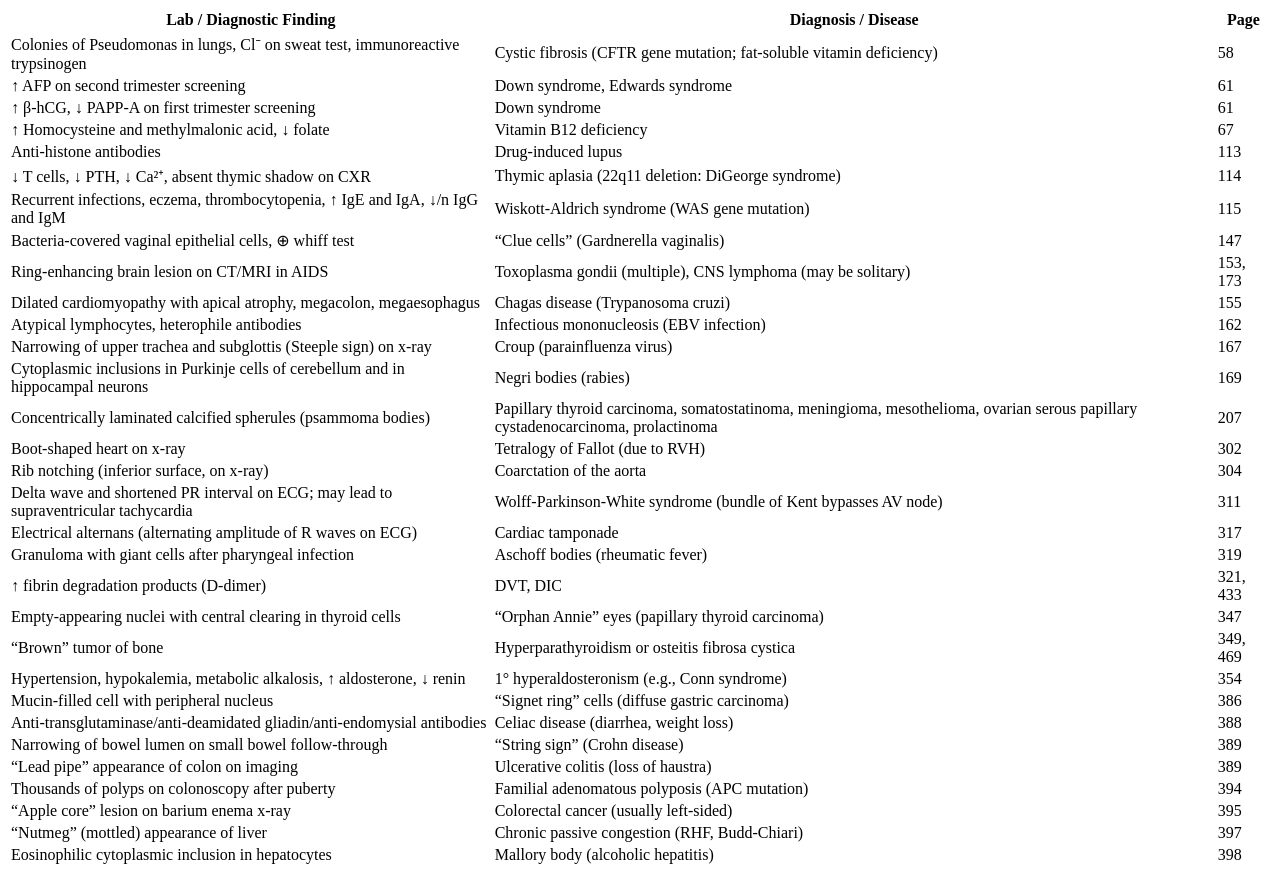
Repository: sharperdragon/STEVEL-1-Summaries
Page: subdex/rapid_findings.table.html
The author's editor kept a copy of each file at every save. The page is drawn from the files as they stood at one save, then again after the next save.
The browser window is 1280 px wide. The pictures show the whole page.

Above is the page before, as saved 2025-05-21 08:15:59.

After the next save:
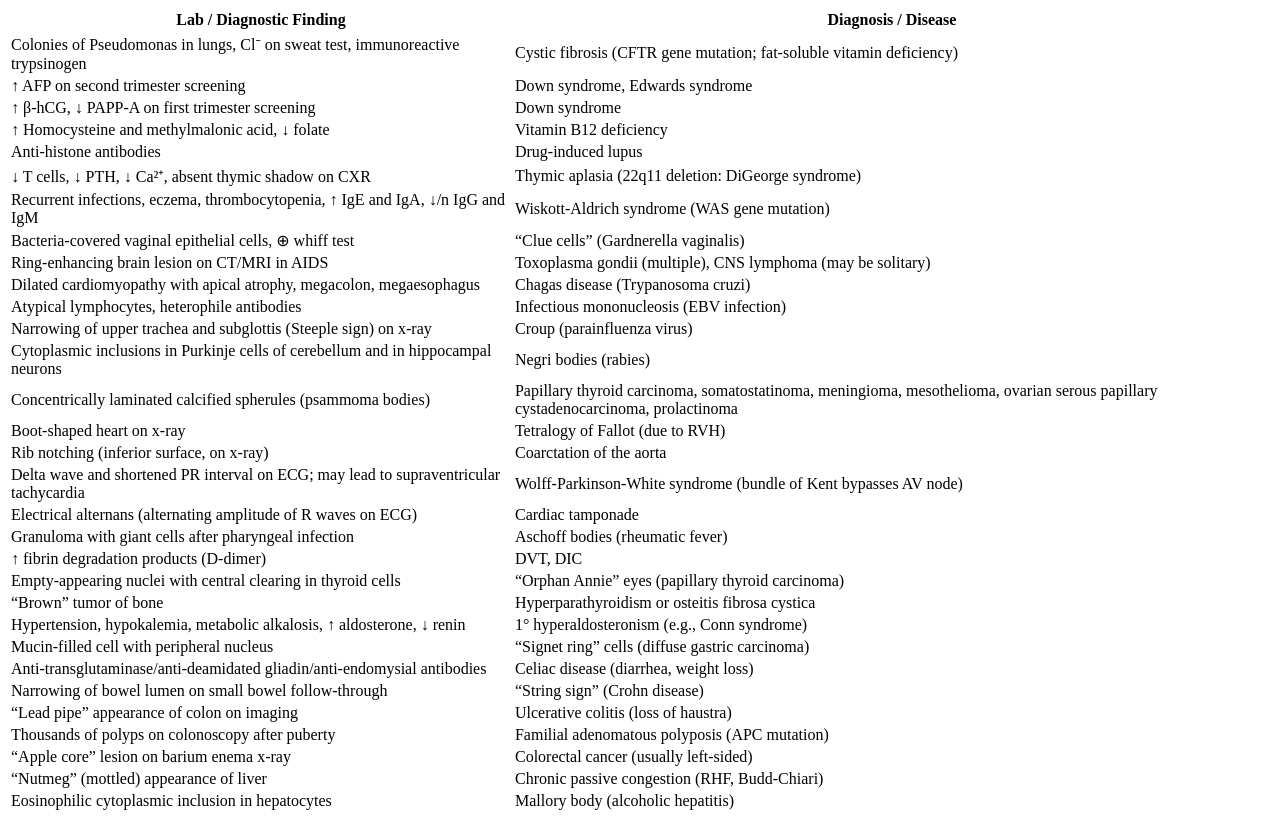
Saved 52 s later.
--- a/subdex/rapid_findings.table.html
+++ b/subdex/rapid_findings.table.html
@@ -4,164 +4,132 @@
       <tr>
         <th>Lab / Diagnostic Finding</th>
         <th>Diagnosis / Disease</th>
-        <th>Page</th>
       </tr>
     </thead>
     <tbody>
       <tr>
         <td>Colonies of Pseudomonas in lungs, Cl⁻ on sweat test, immunoreactive trypsinogen</td>
         <td>Cystic fibrosis (CFTR gene mutation; fat-soluble vitamin deficiency)</td>
-        <td>58</td>
       </tr>
       <tr>
         <td>↑ AFP on second trimester screening</td>
         <td>Down syndrome, Edwards syndrome</td>
-        <td>61</td>
       </tr>
       <tr>
         <td>↑ β-hCG, ↓ PAPP-A on first trimester screening</td>
         <td>Down syndrome</td>
-        <td>61</td>
       </tr>
       <tr>
         <td>↑ Homocysteine and methylmalonic acid, ↓ folate</td>
         <td>Vitamin B12 deficiency</td>
-        <td>67</td>
       </tr>
       <tr>
         <td>Anti-histone antibodies</td>
         <td>Drug-induced lupus</td>
-        <td>113</td>
       </tr>
       <tr>
         <td>↓ T cells, ↓ PTH, ↓ Ca²⁺, absent thymic shadow on CXR</td>
         <td>Thymic aplasia (22q11 deletion: DiGeorge syndrome)</td>
-        <td>114</td>
       </tr>
       <tr>
         <td>Recurrent infections, eczema, thrombocytopenia, ↑ IgE and IgA, ↓/n IgG and IgM</td>
         <td>Wiskott-Aldrich syndrome (WAS gene mutation)</td>
-        <td>115</td>
       </tr>
       <tr>
         <td>Bacteria-covered vaginal epithelial cells, ⊕ whiff test</td>
         <td>“Clue cells” (Gardnerella vaginalis)</td>
-        <td>147</td>
       </tr>
       <tr>
         <td>Ring-enhancing brain lesion on CT/MRI in AIDS</td>
         <td>Toxoplasma gondii (multiple), CNS lymphoma (may be solitary)</td>
-        <td>153, 173</td>
       </tr>
       <tr>
         <td>Dilated cardiomyopathy with apical atrophy, megacolon, megaesophagus</td>
         <td>Chagas disease (Trypanosoma cruzi)</td>
-        <td>155</td>
       </tr>
       <tr>
         <td>Atypical lymphocytes, heterophile antibodies</td>
         <td>Infectious mononucleosis (EBV infection)</td>
-        <td>162</td>
       </tr>
       <tr>
         <td>Narrowing of upper trachea and subglottis (Steeple sign) on x-ray</td>
         <td>Croup (parainfluenza virus)</td>
-        <td>167</td>
       </tr>
       <tr>
         <td>Cytoplasmic inclusions in Purkinje cells of cerebellum and in hippocampal neurons</td>
         <td>Negri bodies (rabies)</td>
-        <td>169</td>
       </tr>
       <tr>
         <td>Concentrically laminated calcified spherules (psammoma bodies)</td>
         <td>Papillary thyroid carcinoma, somatostatinoma, meningioma, mesothelioma, ovarian serous papillary cystadenocarcinoma, prolactinoma</td>
-        <td>207</td>
       </tr>
       <tr>
         <td>Boot-shaped heart on x-ray</td>
         <td>Tetralogy of Fallot (due to RVH)</td>
-        <td>302</td>
       </tr>
       <tr>
         <td>Rib notching (inferior surface, on x-ray)</td>
         <td>Coarctation of the aorta</td>
-        <td>304</td>
       </tr>
       <tr>
         <td>Delta wave and shortened PR interval on ECG; may lead to supraventricular tachycardia</td>
         <td>Wolff-Parkinson-White syndrome (bundle of Kent bypasses AV node)</td>
-        <td>311</td>
       </tr>
       <tr>
         <td>Electrical alternans (alternating amplitude of R waves on ECG)</td>
         <td>Cardiac tamponade</td>
-        <td>317</td>
       </tr>
       <tr>
         <td>Granuloma with giant cells after pharyngeal infection</td>
         <td>Aschoff bodies (rheumatic fever)</td>
-        <td>319</td>
       </tr>
       <tr>
         <td>↑ fibrin degradation products (D-dimer)</td>
         <td>DVT, DIC</td>
-        <td>321, 433</td>
       </tr>
       <tr>
         <td>Empty-appearing nuclei with central clearing in thyroid cells</td>
         <td>“Orphan Annie” eyes (papillary thyroid carcinoma)</td>
-        <td>347</td>
       </tr>
       <tr>
         <td>“Brown” tumor of bone</td>
         <td>Hyperparathyroidism or osteitis fibrosa cystica</td>
-        <td>349, 469</td>
       </tr>
       <tr>
         <td>Hypertension, hypokalemia, metabolic alkalosis, ↑ aldosterone, ↓ renin</td>
         <td>1° hyperaldosteronism (e.g., Conn syndrome)</td>
-        <td>354</td>
       </tr>
       <tr>
         <td>Mucin-filled cell with peripheral nucleus</td>
         <td>“Signet ring” cells (diffuse gastric carcinoma)</td>
-        <td>386</td>
       </tr>
       <tr>
         <td>Anti-transglutaminase/anti-deamidated gliadin/anti-endomysial antibodies</td>
         <td>Celiac disease (diarrhea, weight loss)</td>
-        <td>388</td>
       </tr>
       <tr>
         <td>Narrowing of bowel lumen on small bowel follow-through</td>
         <td>“String sign” (Crohn disease)</td>
-        <td>389</td>
       </tr>
       <tr>
         <td>“Lead pipe” appearance of colon on imaging</td>
         <td>Ulcerative colitis (loss of haustra)</td>
-        <td>389</td>
       </tr>
       <tr>
         <td>Thousands of polyps on colonoscopy after puberty</td>
         <td>Familial adenomatous polyposis (APC mutation)</td>
-        <td>394</td>
       </tr>
       <tr>
         <td>“Apple core” lesion on barium enema x-ray</td>
         <td>Colorectal cancer (usually left-sided)</td>
-        <td>395</td>
       </tr>
       <tr>
         <td>“Nutmeg” (mottled) appearance of liver</td>
         <td>Chronic passive congestion (RHF, Budd-Chiari)</td>
-        <td>397</td>
       </tr>
       <tr>
         <td>Eosinophilic cytoplasmic inclusion in hepatocytes</td>
         <td>Mallory body (alcoholic hepatitis)</td>
-        <td>398</td>
       </tr>
     </tbody>
   </table>
